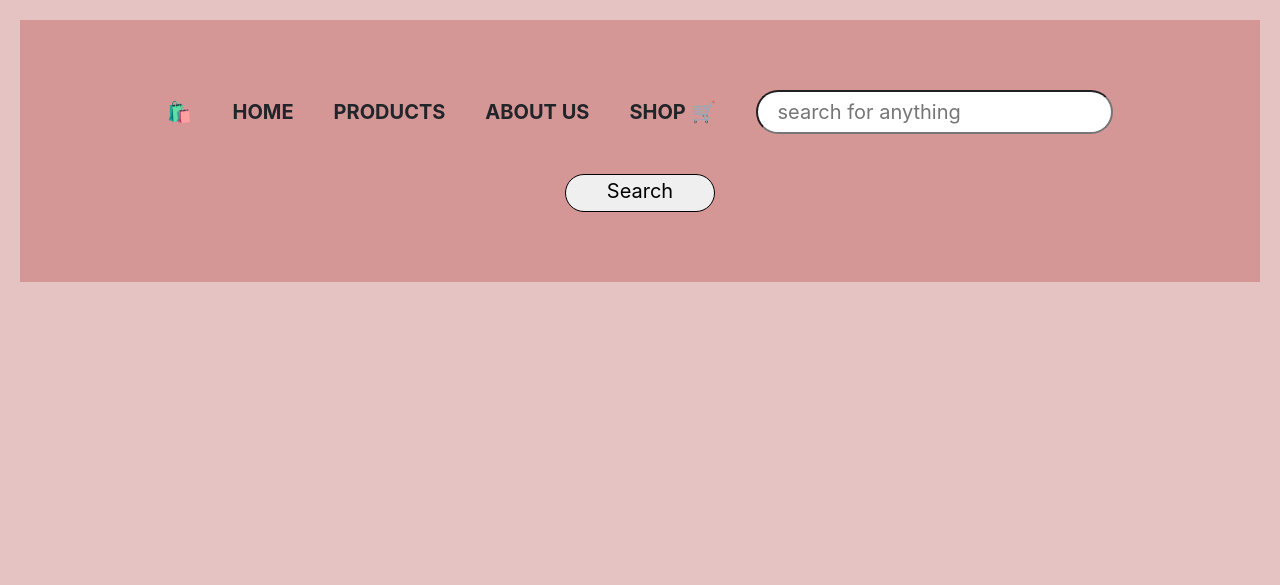
Repository: thf4/Project-Shop
Page: /
An editor plug-in stored every save of this project. The page is shown before and after the next save, followed by the edit.
The browser window is 1280 px wide. The pictures show the whole page.
The project was rebuilt for these pictures with package versions that can differ from the ones it lists, and the page was loaded fresh each time.

Above is the page before, as saved 2021-04-22 12:04:16.

After the next save:
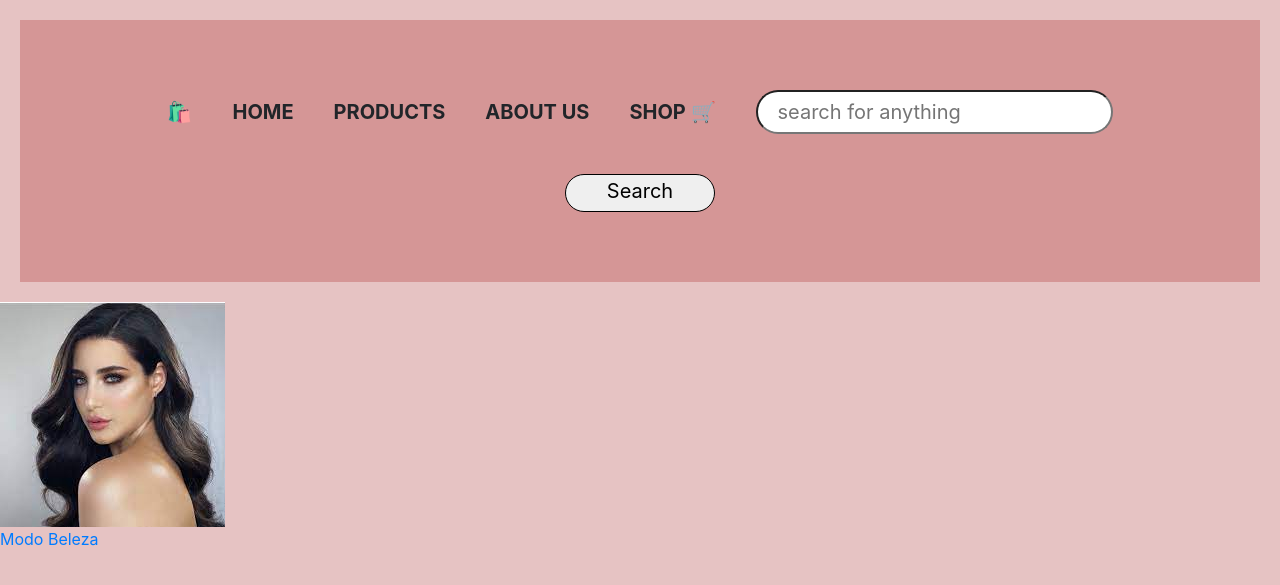
Saved 26 s later.
--- a/src/index.js
+++ b/src/index.js
@@ -2,11 +2,12 @@ import React from 'react';
 import ReactDOM from 'react-dom';
 import 'bootstrap/dist/css/bootstrap.min.css';
 import App from './App'
-
+import Exemplo from './Exemplo'
 
 ReactDOM.render(
   <React.StrictMode>
    <App />
+   <Exemplo />
   </React.StrictMode>,
   document.getElementById('root')
 );
